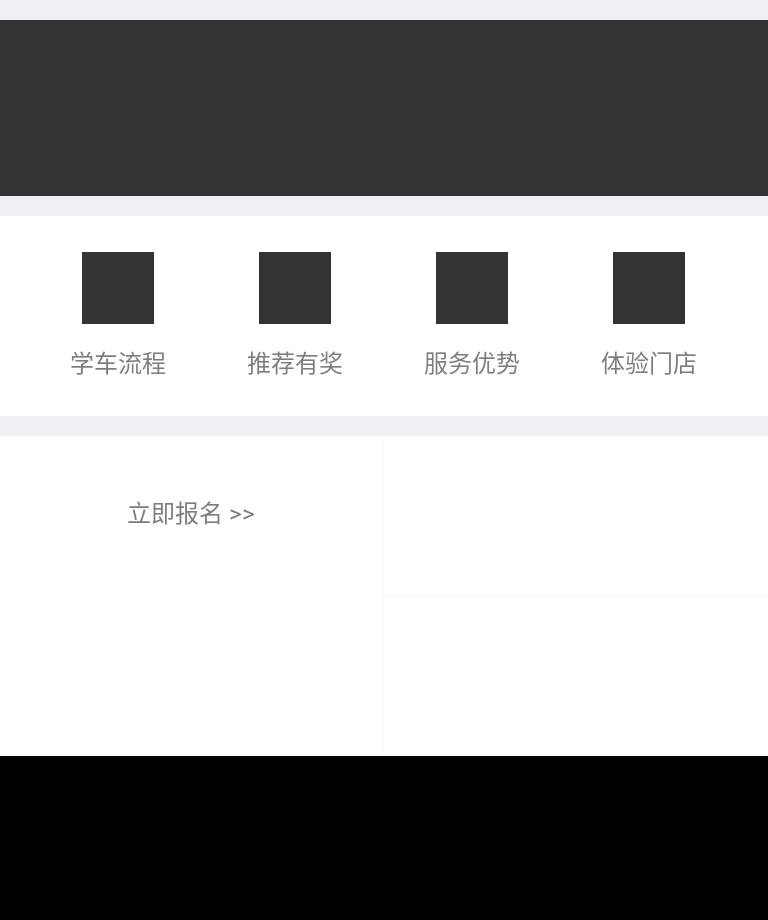
Repository: BugBang/paipaixueche
Layout: DGJP/res/layout/act_home_pager.xml
These files come from the project's save history. The layout is drawn as it stood at one moment and after the next save; the edit follows.
The pictures show rows 360 to 1280 of an output 1280 px tall.
It is drawn on a 768 x 1280 px phone screen (xhdpi) without system bars, with theme android:Theme; the app's code is not run.

Above is the layout before, as saved 2016-11-11 08:54:31.

### DGJP/res/layout/act_home_pager.xml
<?xml version="1.0" encoding="utf-8"?>
<ScrollView
     android:layout_width="match_parent"
   xmlns:android="http://schemas.android.com/apk/res/android"
    xmlns:app="http://schemas.android.com/apk/res-auto"
    android:layout_height="match_parent"
    >
<LinearLayout

    android:layout_width="match_parent"
    android:background="@color/gray_bg"
    android:layout_height="match_parent"
    android:orientation="vertical" >
    <RelativeLayout
        android:layout_width="match_parent"
	    android:layout_height="180dp">
       <!-- -->  <com.session.dgjp.view.CarouselView
	        android:id="@+id/top_ad_view"
	        android:layout_width="match_parent"
		    android:layout_height="180dp"
        />
        <RelativeLayout
            android:background="@android:color/transparent"
            android:orientation="horizontal"
            android:layout_width="match_parent"
            android:layout_height="@dimen/view_48"
            >
            <TextView
                android:id="@+id/tv_local"
                android:textColor="@color/white"
                android:layout_centerVertical="true"
                android:layout_marginLeft="@dimen/view_20"
                android:layout_width="wrap_content"
                android:layout_height="wrap_content"
                android:textSize="@dimen/text_medium_xx"
                android:text="@string/home_tv_local"
                />
            <TextView
                android:textColor="@color/white"
                android:layout_centerInParent="true"
                android:layout_width="wrap_content"
                android:layout_height="wrap_content"
                android:textSize="@dimen/text_title"
                android:text="@string/home_tv_title"
                />
            <TextView
                android:id="@+id/tv_call"
                android:textColor="@color/white"
                android:layout_centerVertical="true"
                android:layout_alignParentRight="true"
                android:layout_marginRight="@dimen/view_20"
                android:layout_width="wrap_content"
                android:layout_height="wrap_content"
                android:textSize="@dimen/text_medium_xx"
                android:text="@string/home_tv_call"
                />
        </RelativeLayout>
    </RelativeLayout>

    <ImageView
        android:layout_marginTop="@dimen/view_10"
        android:layout_width="match_parent"
        android:layout_height="@dimen/view_88"
        android:background="@color/black_333333"
        />

    <LinearLayout
        android:paddingLeft="@dimen/view_15"
        android:paddingRight="@dimen/view_15"
        android:orientation="horizontal"
        android:background="@color/white"
        android:layout_marginTop="@dimen/view_10"
        android:layout_width="match_parent"
        android:layout_height="@dimen/view_100"
        >
        <LinearLayout
            android:orientation="vertical"
            android:layout_width="0dp"
            android:layout_weight="1"
            android:gravity="center"
            android:layout_height="match_parent"
            >
            <ImageView
                android:layout_width="@dimen/view_36"
                android:layout_height="@dimen/view_36"
                android:background="@color/black_333333"
                />
            <TextView
                android:layout_marginTop="10dp"
                android:gravity="center"
                android:layout_width="match_parent"
                android:layout_height="wrap_content"
                android:text="学车流程"
                android:textSize="@dimen/text_medium_x"
                android:textColor="@color/text_gray_dark2"
                />

        </LinearLayout>
        <LinearLayout
            android:orientation="vertical"
            android:layout_width="0dp"
            android:layout_weight="1"
            android:gravity="center"
            android:layout_height="match_parent"
            >
            <ImageView
                android:layout_width="@dimen/view_36"
                android:layout_height="@dimen/view_36"
                android:background="@color/black_333333"
                />
            <TextView
                android:layout_marginTop="10dp"
                android:gravity="center"
                android:layout_width="match_parent"
                android:layout_height="wrap_content"
                android:text="推荐有奖"
                android:textSize="@dimen/text_medium_x"
                android:textColor="@color/text_gray_dark2"
                />
        </LinearLayout>
        <LinearLayout
            android:orientation="vertical"
            android:layout_width="0dp"
            android:layout_weight="1"
            android:gravity="center"
            android:layout_height="match_parent"
            >
            <ImageView
                android:layout_width="@dimen/view_36"
                android:layout_height="@dimen/view_36"
                android:background="@color/black_333333"
                />
            <TextView
                android:layout_marginTop="10dp"
                android:gravity="center"
                android:layout_width="match_parent"
                android:layout_height="wrap_content"
                android:text="服务优势"
                android:textSize="@dimen/text_medium_x"
                android:textColor="@color/text_gray_dark2"
                />

        </LinearLayout>
        <LinearLayout
            android:orientation="vertical"
            android:layout_width="0dp"
            android:gravity="center"
            android:layout_weight="1"
            android:layout_height="match_parent"
            >
            <ImageView
                android:layout_width="@dimen/view_36"
                android:layout_height="@dimen/view_36"
                android:background="@color/black_333333"
                />
            <TextView
                android:layout_marginTop="10dp"
                android:gravity="center"
                android:layout_width="match_parent"
                android:layout_height="wrap_content"
                android:text="体验门店"
                android:textSize="@dimen/text_medium_x"
                android:textColor="@color/text_gray_dark2"
                />
        </LinearLayout>


    </LinearLayout>

    <LinearLayout
        android:layout_marginTop="10dp"
        android:layout_width="match_parent"
        android:layout_height="160dp"
        android:orientation="horizontal"
        android:background="@color/white"
        >
        <LinearLayout
            android:gravity="center"
            android:layout_width="0dp"
            android:orientation="vertical"
            android:layout_weight="1"
            android:layout_height="match_parent"
            >
            <TextView
                android:layout_width="wrap_content"
                android:layout_height="wrap_content"
                android:text="立即报名 >>"
                android:textSize="@dimen/text_medium_x"
                android:textColor="@color/text_gray_dark2"
                />
            <ImageView
                android:layout_marginTop="10dp"
                android:layout_width="@dimen/view_74"
                android:layout_height="@dimen/view_74"
                />
        </LinearLayout>
        <View
            android:layout_height="match_parent"
            android:layout_width="0.5dp"
            android:background="@color/gray_F8F8F8"
            />

         <LinearLayout
             android:gravity="center"
            android:layout_width="0dp"
            android:orientation="vertical"
            android:layout_weight="1"
            android:layout_height="match_parent"
            >
            <LinearLayout
                android:orientation="horizontal"
                android:layout_width="match_parent"
                android:layout_height="0dp"
                android:layout_weight="1"
                android:gravity="center"
                >
                <ImageView
                    android:layout_width="@dimen/view_36"
                	android:layout_height="@dimen/view_40"
                    />

            </LinearLayout>
            <View
	            android:layout_height="0.5dp"
	            android:layout_width="match_parent"
	            android:background="@color/gray_F8F8F8"
            />
            <LinearLayout
                android:orientation="horizontal"
                android:layout_width="match_parent"
                android:layout_height="0dp"
                android:layout_weight="1"
                >


            </LinearLayout>

        </LinearLayout>

    </LinearLayout>

</LinearLayout>
</ScrollView>

### DGJP/res/values/colors.xml
<?xml version="1.0" encoding="utf-8"?>
<resources>

    <color name="common_background">#EBEBEB</color>
    <color name="common_background_transparent">#AAEBEBEB</color>
    <color name="dialog_background">#EEEEEE</color>
    <color name="text_title">#555555</color>
    <color name="divider">#D2D2D2</color>
    <color name="blue">#1990DE</color>
    <color name="blue_00BFF3">#00BFF3</color>
    <color name="red">#FF3000</color>
    <color name="red_FF0808">#FF0808</color>
    <color name="red_pressed">#DD2222</color>
    <color name="pure_red">#FF0000</color>
    <color name="gray">#B8B8B8</color>
    <color name="blue_press">#0F7CC4</color>
    <color name="stroke_blue">#1990DE</color>
    <color name="white">#FFFFFF</color>
    <color name="bg_message_time">#F4F4F4</color>
    <color name="green_00A00B">#00A00B</color>
    <color name="gray_666666">#666666</color>
    <color name="gray_999999">#999999</color>
    <color name="gray_A8A8A8">#A8A8A8</color>
    <color name="gray_ADADAD">#ADADAD</color>
    <color name="gray_9B9B9B">#9B9B9B</color>
    <color name="gray_EFEFEF">#EFEFEF</color>
    <color name="gray_F3F3F3">#F3F3F3</color>
    <color name="gray_A3A3A3">#A3A3A3</color>
    <color name="orange_FF7200">#FF7200</color>
    <color name="orange_E56701">#E56701</color>
    <color name="gray_D7D7D7">#D7D7D7</color>
    <color name="gray_D2D2D2">#D2D2D2</color>
    <color name="gray_EDEDED">#EDEDED</color>
    <color name="yellow_FEB53F">#FEB53F</color>
    <color name="blue_68DAFC">#68DAFC</color>
    <color name="black_333333">#333333</color>
    <color name="gray_888888">#888888</color>
    <color name="gray_F4F4F4">#F4F4F4</color>
    <color name="gray_F2F2F2">#F2F2F2</color>
    <color name="gray_EEEEEE">#EEEEEE</color>
    <color name="gray_989898">#989898</color>
    <color name="gray_CCCCCC">#CCCCCC</color>
    <color name="gray_FAFAFA">#FAFAFA</color>
    <color name="gray_F8F8F8">#F8F8F8</color>
    <color name="gray_bg">#efeff4</color>

    <!-- 字体颜色 -->
    <color name="text_blue">@color/blue</color>
    <color name="text_blue_press">@color/blue_press</color>
    <color name="text_gray">#919191</color>
    <color name="text_white">@color/white</color>
    <color name="text_orange">#FF7200</color>
    <color name="text_hint">#B8B8B8</color>
    <color name="text_msg">#707070</color>
    <color name="text_black">#333333</color>
    <color name="text_gray_dark">#888888</color>
    <color name="text_gray_dark2">#7d7d7d</color>
    <color name="text_about_version">#9E9E9E</color>
    <color name="text_about_declare">#AAAAAA</color>
    <color name="text_id_blue">#0E6CEC</color>
    <color name="radio_text_normal">#606060</color>
    <color name="red_FC7D0D">#FC7D0D</color>

    <!-- 扫描二维码 -->
    <color name="result_view">#b0000000</color>
    <color name="viewfinder_mask">#60000000</color>
    <color name="possible_result_points">#00000000</color>

</resources>

### DGJP/res/values/dimens.xml
<?xml version="1.0" encoding="utf-8"?>
<resources>
    <!-- 界面 -->
    <dimen name="title_height">49dp</dimen>
    <dimen name="divider">1px</dimen>
    <dimen name="divider_minus">-1px</dimen>
    <dimen name="stroke">@dimen/view_1</dimen>
    <dimen name="btn_corner">3dp</dimen>
    <dimen name="dialog_corner">5dp</dimen>
    <dimen name="stroke_null">-1dp</dimen>
    <dimen name="msg_ring">18dp</dimen>
    <dimen name="about_logo">56dp</dimen>

    <!-- 常量 -->
    <dimen name="view_minus_1">-1dp</dimen>
    <dimen name="view_0">0dp</dimen>
    <dimen name="view_1">1dp</dimen>
    <dimen name="view_2">2dp</dimen>
    <dimen name="view_2_5">2.5dp</dimen>
    <dimen name="view_3">3dp</dimen>
    <dimen name="view_3_5">3.5dp</dimen>
    <dimen name="view_4">4dp</dimen>
    <dimen name="view_5">5dp</dimen>
    <dimen name="view_6">6dp</dimen>
    <dimen name="view_6_5">6.5dp</dimen>
    <dimen name="view_7">7dp</dimen>
    <dimen name="view_7_5">7.5dp</dimen>
    <dimen name="view_8">8dp</dimen>
    <dimen name="view_9">9dp</dimen>
    <dimen name="view_10">10dp</dimen>
    <dimen name="view_11">11dp</dimen>
    <dimen name="view_12">12dp</dimen>
    <dimen name="view_13">13dp</dimen>
    <dimen name="view_14">14dp</dimen>
    <dimen name="view_15">15dp</dimen>
    <dimen name="view_16">16dp</dimen>
    <dimen name="view_17">17dp</dimen>
    <dimen name="view_18">18dp</dimen>
    <dimen name="view_19">19dp</dimen>
    <dimen name="view_20">20dp</dimen>
    <dimen name="view_21">21dp</dimen>
    <dimen name="view_22">22dp</dimen>
    <dimen name="view_23">23dp</dimen>
    <dimen name="view_25">25dp</dimen>
    <dimen name="view_24">24dp</dimen>
    <dimen name="view_26">26dp</dimen>
    <dimen name="view_27">27dp</dimen>
    <dimen name="view_29">29dp</dimen>
    <dimen name="view_30">30dp</dimen>
    <dimen name="view_31">31dp</dimen>
    <dimen name="view_32">32dp</dimen>
    <dimen name="view_33">33dp</dimen>
    <dimen name="view_34">34dp</dimen>
    <dimen name="view_35">35dp</dimen>
    <dimen name="view_36">36dp</dimen>
    <dimen name="view_39">39dp</dimen>
    <dimen name="view_40">40dp</dimen>
    <dimen name="view_42">42dp</dimen>
    <dimen name="view_44">44dp</dimen>
    <dimen name="view_48">48dp</dimen>
    <dimen name="view_49">49dp</dimen>
    <dimen name="view_50">50dp</dimen>
    <dimen name="view_60">60dp</dimen>
    <dimen name="view_65">65dp</dimen>
    <dimen name="view_68">68dp</dimen>
    <dimen name="view_74">74dp</dimen>
    <dimen name="view_80">80dp</dimen>
    <dimen name="view_88">88dp</dimen>
    <dimen name="view_100">100dp</dimen>
    <dimen name="view_136">136dp</dimen>
    <dimen name="view_150">150dp</dimen>
    <dimen name="view_170">170dp</dimen>
    <dimen name="view_180">180dp</dimen>
    <dimen name="view_234">234dp</dimen>
    <dimen name="view_260">260dp</dimen>

    <!-- 引用常量的配置 -->
    <dimen name="login_logo_padding">@dimen/view_30</dimen>
    <dimen name="et_right">@dimen/view_0</dimen>
    <dimen name="et_corner">@dimen/view_1</dimen>
    <dimen name="pager_paddding">8.5dp</dimen>
    <dimen name="et_login_height">@dimen/view_50</dimen>
    <dimen name="et_paddding">@dimen/view_15</dimen>
    <dimen name="et_drawable_paddding">@dimen/view_5</dimen>
    <dimen name="btn_small">@dimen/view_30</dimen>
    <dimen name="btn_medium">36.5dp</dimen>
    <dimen name="login_et_margin_top">@dimen/view_30</dimen>
    <dimen name="about_menu_height">@dimen/view_50</dimen>
    <dimen name="about_person_info_height">@dimen/view_30</dimen>

    <!-- 字体 -->
    <!-- <dimen name="text_small">13sp</dimen>
    <dimen name="text_small_x">14sp</dimen> -->
    <dimen name="text_small">9sp</dimen>
    <dimen name="text_9_5">9.5sp</dimen>
    <dimen name="text_small_x">10sp</dimen>
    <dimen name="text_medium">11sp</dimen>
    <dimen name="text_medium_x">12sp</dimen>
    <dimen name="text_12_5">12.5sp</dimen>
    <dimen name="text_medium_xx">13sp</dimen>
    <dimen name="text_medium_xxx">14sp</dimen>
    <dimen name="text_large">15sp</dimen>
    <dimen name="text_title">16sp</dimen>
    <dimen name="text_btn">18sp</dimen>
    <dimen name="password_text">15sp</dimen>
</resources>

### DGJP/res/values/strings.xml
<?xml version="1.0" encoding="utf-8"?>
<resources>

    <!-- 通用 -->
    <string name="colon">：</string>
    <string name="confirm">确定</string>
    <string name="cancel">取消</string>
    <string name="default_error_msg">应用异常，请稍后重试</string>
    <string name="query_datas_fail">查询数据失败，请稍后重试</string>
    <string name="no_data">无记录</string>
    <string name="unknown">未知</string>
    <string name="querying">正在查询</string>
    <string name="submitting_request">正在提交请求</string>
    <string name="submit_fail">请求失败</string>
    <string name="operation_success">操作成功</string>
    <string name="back">返回</string>
    <string name="hint">提示</string>

    <!-- 密码 -->
    <string name="set_password_hint">请设置您的支付密码以便后续操作</string>
    <string name="set_password">设置支付密码</string>
    <string name="modify_password">修改支付密码</string>
    <string name="old_password">原密码</string>
    <string name="new_password">新密码</string>
    <string name="new_password_again">确认新密码</string>
    <string name="hint_old">请输入原密码</string>
    <string name="hint_new">请输入6位数字的新密码</string>
    <string name="hint_new_again">请再次输入新密码</string>
    <string name="id_card">身份证号码</string>
    <string name="id_card_hint">请输入身份证号码</string>
    <string name="verify_code">验证码</string>
    <string name="save">保存</string>

    <!-- 预约时间选择 -->
    <string name="select_date">选择日期</string>
    <string name="select_period">选择时段</string>
    <string name="app_name">拍拍学车</string>
    <string name="version_name">1.0.7</string>

    <!-- 扫描二维码 -->
    <string name="scan">扫描二维码</string>
    <string name="scan_text">将二维码放入框内，即可自动扫描</string>
    <string name="scan_result_abnormal">扫描结果异常</string>

    <!-- 登录 -->
    <string name="hint_input_phone">请输入手机号码</string>
    <string name="hint_input_captcha">请输入验证码</string>
    <string name="get_captcha">获取验证码</string>
    <string name="login">登录</string>
    <string name="register">注册</string>
    <string name="toast_input_phone">请输入手机号码</string>
    <string name="toast_input_right_phone">请输入正确的手机号码</string>
    <string name="toast_get_captcha">请先获取验证码</string>
    <string name="toast_input_captcha">请输入验证码</string>
    <string name="toast_input_right_captcha">请输入正确的验证码</string>

    <!-- 注册 -->
    <string name="name">请输入姓名</string>
    <string name="id_num">请输入身份证号码</string>
    <string name="region">请选择所在地区</string>
    <string name="branch_sch">请选择报名分校</string>

    <!-- 个人中心 -->
    <string name="logout">退出登录</string>
    <string name="about">关于</string>
    <string name="personal_center">个人中心</string>
    <string name="modify_pay_pwd">修改支付密码</string>
    <string name="reset_pay_pwd">重置支付密码</string>
    <string name="my_wallet">我的钱包</string>
    <string name="my_coupon">我的优惠券</string>
    <string name="personal_info">个人资料</string>
    <string name="version_update">版本更新</string>
    <string name="declare">声明：</string>
    <string name="id">身份证号码：</string>
    <string name="address">住址：</string>
    <string name="school_registration">报名分校：</string>
    <string name="time_registration">报名时间：</string>
    <string name="contact_phone">联系电话：</string>
    <string name="balance">当前余额：</string>
    <string name="balance2">余额：</string>
    <string name="yuan">元</string>
    <string name="rmb">￥</string>
    <string name="unusable_coupon">查看不可用券</string>

    <!-- 主页 -->
    <!-- 预约教练 -->
    <string name="order_times">预约次数</string>
    <string name="order">单</string>
    <string name="book">预约</string>
    <string name="search_by_trainer_name">按教练姓名查询</string>
    <string name="search_school_yard">搜索培训分校场地</string>
    <string name="service_phone">服务电话</string>
    <string name="phone">电话</string>
    <string name="_address">地址</string>
    <string name="vicinity">附近</string>
    <string name="school_no_trainer">该分校没有可预约教练</string>
    <string name="your_apply_school">您的报名分校</string>
    <string name="your_last_school">您上一次培训场地</string>
    <string name="my_location">我的位置</string>

    <!-- 地图 -->
    <string name="school_no_location">该分校没有提供位置信息</string>

    <!-- 我的预约 -->
    <string name="my_order">我的预约</string>
    <string name="training_record">培训记录</string>
    <string name="waiting_confirm">待确认</string>
    <string name="confirmed">已确认</string>
    <string name="in_training">培训中</string>
    <string name="cancel_order">取消订单</string>
    <string name="start_sign_in">开始签到</string>
    <string name="end_sign_in">结束签到</string>
    <string name="training_course">培训课程</string>
    <string name="order_time">预约时间</string>
    <string name="order_trainer">预约教练</string>
    <string name="order_status">订单状态</string>
    <string name="course">课程</string>
    <string name="time">时间</string>
    <string name="trainer">教练</string>
    <string name="status">状态</string>
    <string name="confirm_order">确认订单</string>
    <string name="pay">支付</string>
    <string name="operate_fail_update_app">操作失败，请更新应用</string>

    <!-- 历史订单 -->
    <string name="history_order">历史订单</string>
    <string name="finished">完成</string>
    <string name="evaled">查看评价</string>
    <string name="_eval">评价</string>
    <string name="training_car">培训车辆</string>

    <!-- 预约学车 -->
    <string name="period">学时</string>
    <string name="training_period">培训学时</string>
    <string name="training_address">培训地址</string>
    <string name="submit_order">提交订单</string>
    <string name="booking_driving_training">预约学车</string>
    <string name="car">车辆</string>
    <string name="select_car">选择车辆</string>
    <string name="get_cars_fail">获取车辆信息失败</string>
    <string name="fee">费用</string>
    <string name="training_fee">培训费用</string>
    <string name="actual_payment">实际支付</string>
    <string name="please_select_car">请选择车辆</string>
    <string name="please_select_period">请选择时段</string>
    <string name="period_must_be_consecutive">必须选择连续的预约时段</string>
    <string name="trainer_no_order">该教练暂无可预约时段</string>
    <string name="course_no_order">该科目未来7天内没有培训计划</string>
    <string name="_trainer_name">教练姓名</string>
    <string name="belong_school">所属分校</string>
    <string name="branch_school">分校</string>
    <string name="order_detail">订单详情</string>
    <string name="canceling_order">正在取消订单</string>
    <string name="cancel_fail">取消失败</string>

    <!-- 支付 -->
    <string name="order_payment">订单支付</string>
    <string name="pay_password">支付密码</string>
    <string name="please_input_pay_password">请输入支付密码。</string>
    <string name="payment_verification">支付验证</string>
    <string name="unselect_coupon">不使用优惠券</string>
    <string name="settlement_amount">结算金额</string>
    <string name="original_price">原价</string>
    <string name="_original_price">原&#8195;价</string>
    <string name="preferential_price">活动价</string>
    <string name="preferential_amount">已优惠</string>
    <string name="pay_type">支付方式</string>
    <string name="we_chat">微信</string>
    <string name="alipay">支付宝</string>
    <string name="query_pay_type_fail">查询支付方式失败</string>
    <string name="please_select_pay_type">请选择支付方式</string>
    <string name="paying">正在支付</string>
    <string name="pay_fail">支付失败</string>
    <string name="confirm_payment">确认支付</string>
    <string name="pay_fee">支付费用</string>
    <string name="remaining_time">剩余时间</string>
    <string name="please_select_yue">结算金额为0.00元，请使用余额支付。</string>
    <string name="balance_insufficient">余额不足</string>

    <!-- 我的消息 -->
    <string name="my_message">我的消息</string>
    <string name="get_message_fail">获取消息失败</string>
    <string name="delete_message_fail">删除消息失败</string>
    <string name="delete_record_or_not">是否删除该记录？</string>

    <string-array name="message_operations">
        <item>删除</item>
    </string-array>

    <!-- 培训点评 -->
    <string name="training_evaluation">培训点评</string>
    <string name="evaluation_detail">评价详情</string>
    <string name="training_complete">培训完成</string>
    <string name="anonymous_evaluation">匿名评价</string>
    <string name="duration">时长</string>
    <string name="submit_anonymous_evaluation">提交匿名评价</string>
    <string name="select_label">选择标签</string>
    <string name="suggestion_and_complaint_hint">其它建议和投诉（内容匿名，学员放心填写）</string>
    <string name="get_labels_fail">获取标签列表失败</string>
    <string name="submit_evaluation_or_not">是否提交评价？</string>

    <!-- 首页底部栏 -->
    <string name="bottom_home">首页</string>
    <string name="bottom_drive">练车</string>
    <string name="person_center">我</string>

     <!-- 首页顶部栏 -->
    <string name="home_tv_local">深圳</string>
    <string name="home_tv_title">拍拍学车</string>
    <string name="home_tv_call">客服</string>


</resources>

After the next save:
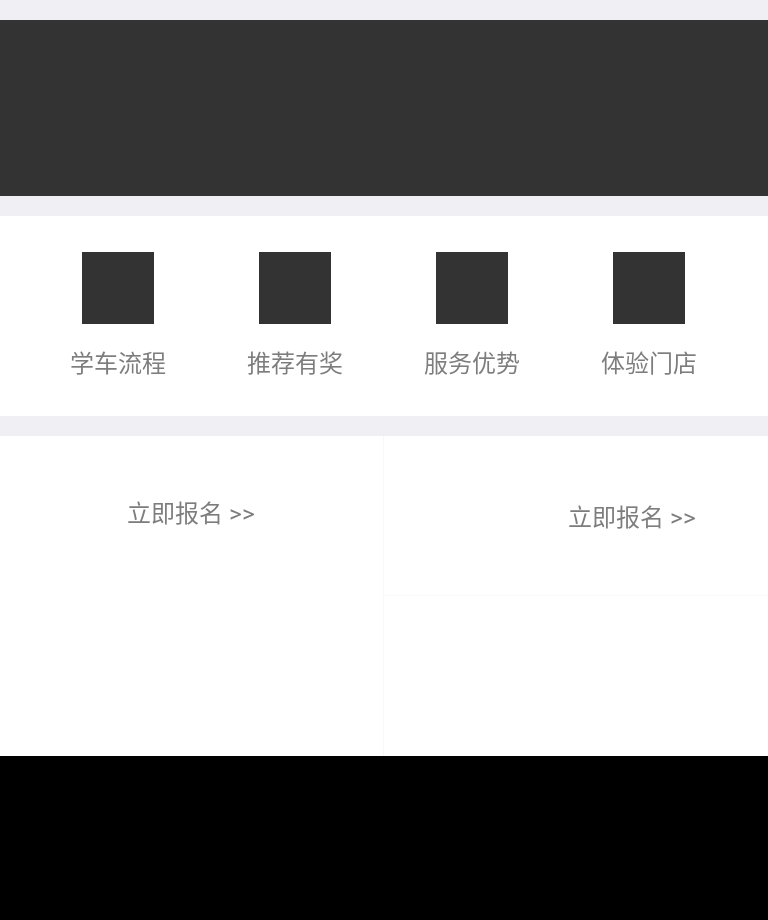
Saved 50 s later.
--- a/DGJP/res/layout/act_home_pager.xml
+++ b/DGJP/res/layout/act_home_pager.xml
@@ -218,6 +218,14 @@
                     android:layout_width="@dimen/view_36"
                 	android:layout_height="@dimen/view_40"
                     />
+                <TextView
+                    android:layout_marginLeft="20dp"
+	                android:layout_width="wrap_content"
+	                android:layout_height="wrap_content"
+	                android:text="立即报名 >>"
+	                android:textSize="@dimen/text_medium_x"
+	                android:textColor="@color/text_gray_dark2"
+                />
 
             </LinearLayout>
             <View
